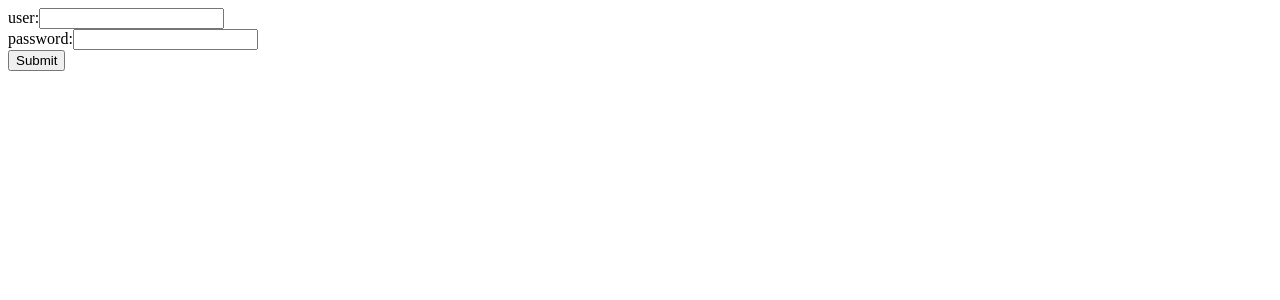
Repository: edwinisnow/jsp-servlets-demo
Page: http://localhost/JSPProject/login.jsp
The author's editor kept a copy of each file at every save. The page is drawn from the files as they stood at one save, then again after the next save.
The browser window is 1280 px wide. The pictures show the whole page.
The page is served by Tomcat 9. Other server files are loaded and not shown.

Above is the page before, as saved 2024-05-11 23:01:06.

### JSPProject/src/main/webapp/login.jsp
<%@ page language="java" contentType="text/html; charset=UTF-8"
    pageEncoding="UTF-8"%>
<!DOCTYPE html>
<html>
<head>
<meta charset="UTF-8">
<title>Login Page</title>
</head>
<body>
	<form action="login" method="post">
		<label htmlFor="userId">user:</label><input type="text" name="userId"/><br>
		<label htmlFor="password">password:</label><input type="password" name="password"/><br>
		<input type="submit"/>
	</form>
</body>
</html>

After the next save:
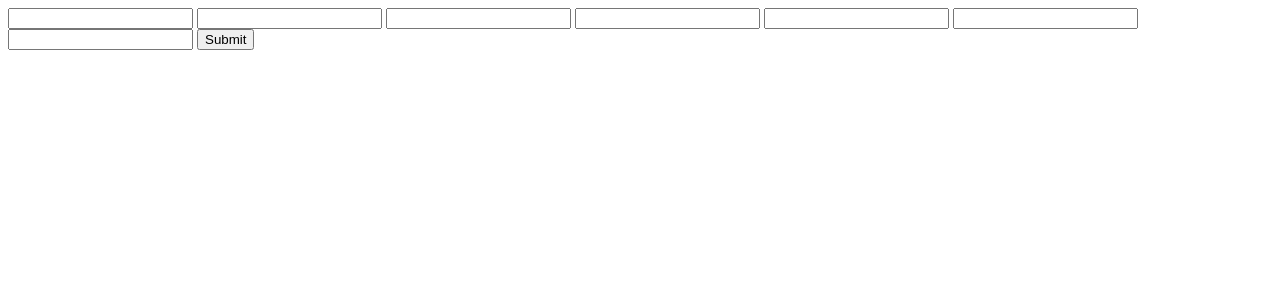
Saved 11 min 6 s later.
--- a/JSPProject/src/main/webapp/login.jsp
+++ b/JSPProject/src/main/webapp/login.jsp
@@ -8,8 +8,14 @@
 </head>
 <body>
 	<form action="login" method="post">
-		<label htmlFor="userId">user:</label><input type="text" name="userId"/><br>
-		<label htmlFor="password">password:</label><input type="password" name="password"/><br>
+		<input type="text" name="userId"/>
+		<input type="text" name="userName"/>
+		<input type="text" name="address1"/>
+		<input type="text" name="address2"/>
+		<input type="text" name="city"/>
+		<input type="text" name="state"/>
+		<input type="text" name="pincode"/>
+
 		<input type="submit"/>
 	</form>
 </body>
